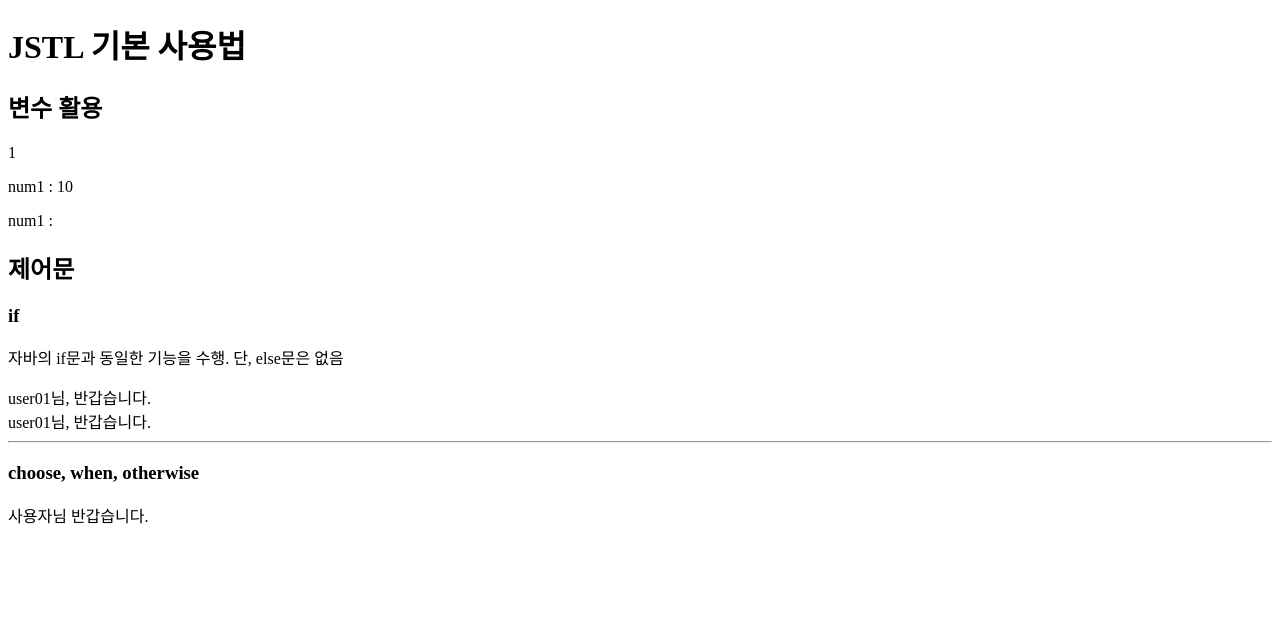
Repository: seonghun9906/sts3-Springboot
Page: http://localhost/spring-jsp02/jstl_1
These files come from the project's save history. The page is drawn as it stood at one moment and after the next save; the edit follows.
The browser window is 1280 px wide. The pictures show the whole page.
The page is served by Tomcat 9. Other server files are loaded and not shown. The template is opened directly, without the code that normally fills it, so the values that code supplies are empty.

Above is the page before, as saved 2024-02-05 02:04:23.

### spring-jsp02/src/main/webapp/WEB-INF/views/jstl01.jsp
<%@ page language="java" contentType="text/html; charset=UTF-8"
	pageEncoding="UTF-8"%>
<%@ taglib uri="http://java.sun.com/jsp/jstl/core" prefix="c"%>
<!DOCTYPE html>
<html>
<head>
<meta charset="UTF-8">
<title>JSTL 01</title>
</head>
<body>
	<h1>JSTL 기본 사용법</h1>
	<h2>변수 활용</h2>

	<c:set var="num1" value="10" />
	<c:out value="${num2}" default="1" />
	<p>num1 : ${num1}</p>
	<p>num1 : ${num2}</p>

	<h2>제어문</h2>
	<h3>if</h3>
	<p>자바의 if문과 동일한 기능을 수행. 단, else문은 없음</p>
	<c:set var="name" value="user01" />
	<c:if test="${name != null}">${name}님, 반갑습니다.</c:if>
	<c:if test="${name == null}">Guest님, 반갑습니다.</c:if>
	<br>
	<c:if test="${!empty name}">${name}님, 반갑습니다.</c:if>
	<hr>
	<h3>choose, when, otherwise</h3>
	<c:choose>
		<c:when test="${user == 0}">
			<p>관리자님 반갑습니다.</p>
		</c:when>
		<c:when test="${user == 1}">
			<p>사용자님 반갑습니다.</p>
		</c:when>
		<c:otherwise>
			<p>처음뵙겠습니다.</p>
		</c:otherwise>
	</c:choose>
</body>
</html>

After the next save:
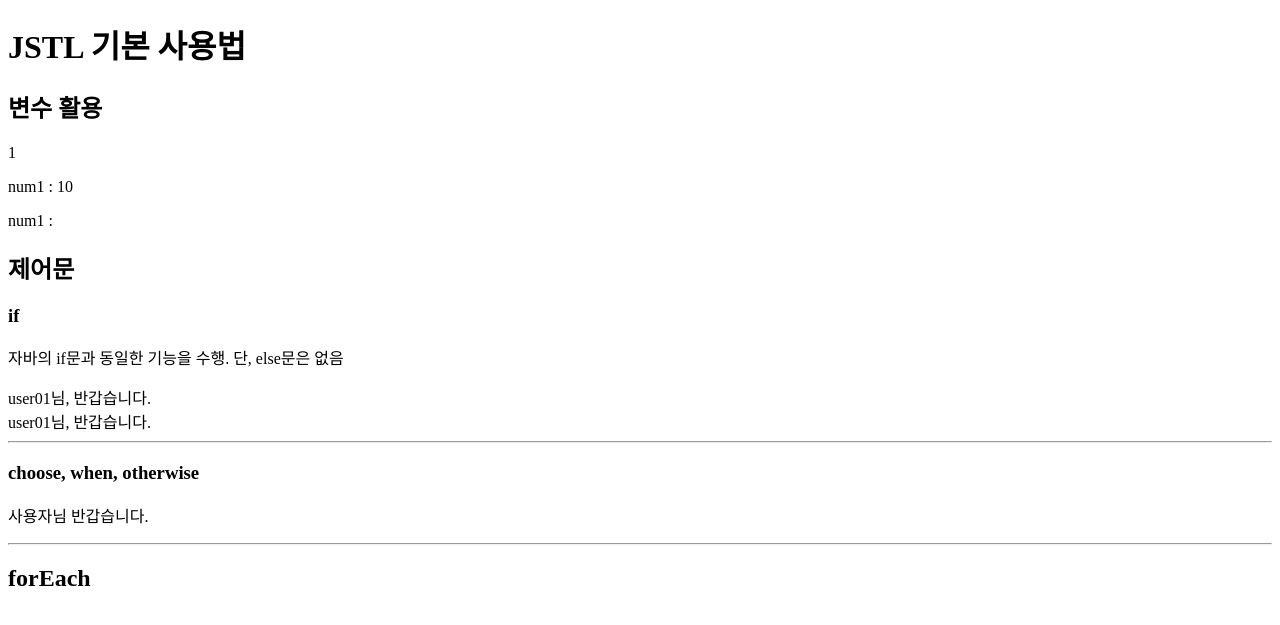
Saved 41 s later.
--- a/spring-jsp02/src/main/webapp/WEB-INF/views/jstl01.jsp
+++ b/spring-jsp02/src/main/webapp/WEB-INF/views/jstl01.jsp
@@ -37,5 +37,7 @@
 			<p>처음뵙겠습니다.</p>
 		</c:otherwise>
 	</c:choose>
+	<hr>
+	<h2>forEach</h2>
 </body>
 </html>
